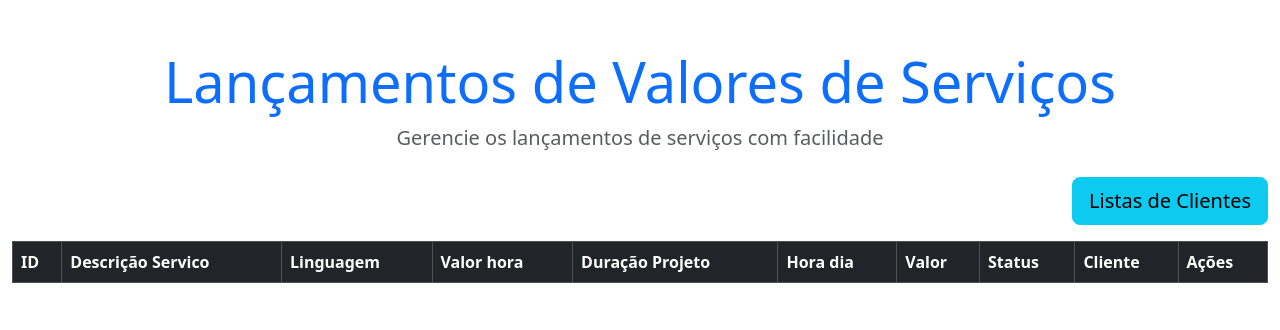
Repository: claudinez/kaspper-projeto-orcamento
Page: http://localhost/servicos/lista
The author's editor kept a copy of each file at every save. The page is drawn from the files as they stood at one save, then again after the next save.
The browser window is 1280 px wide. The pictures show the whole page.
The page is this project's Thymeleaf template; nobody is signed in. The template is opened directly, without the code that normally fills it, so the values that code supplies are empty.

Above is the page before, as saved 2025-01-24 19:29:24.

After the next save:
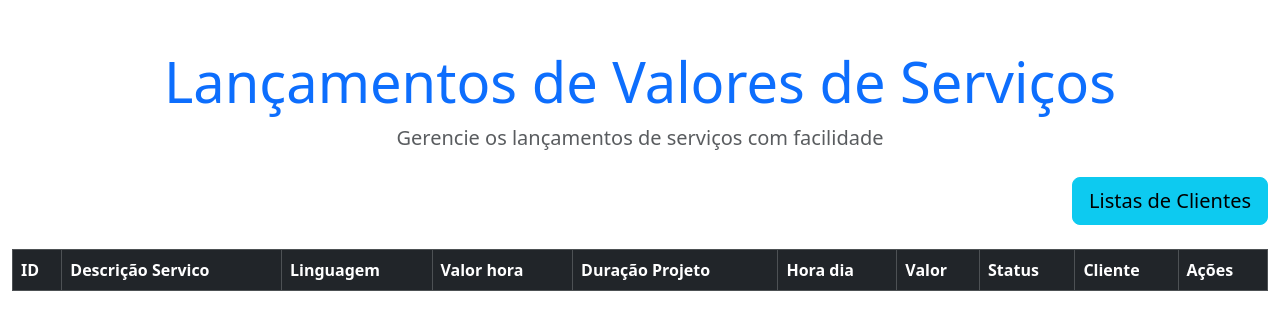
Saved 101 s later.
--- a/projeto_kaspper_back_end-main/sistema_servicos/sistema_servicos/src/main/resources/templates/servicos/lista.html
+++ b/projeto_kaspper_back_end-main/sistema_servicos/sistema_servicos/src/main/resources/templates/servicos/lista.html
@@ -19,9 +19,8 @@
 
         <!-- Botão para ir à lista de clientes -->
 
-	    <div class="mb-3 text-end">
-    		<a th:href="@{/clientes/lista}" class="btn btn-info btn-lg">
-        	<i class="bi bi-person"></i> Listas de Clientes</a>
+	    <div class="mb-4 text-end">
+    		<a th:href="@{/clientes/lista}" class="btn btn-info btn-lg"><i class="bi bi-person"></i> Listas de Clientes</a>
 		</div>
 
       <div class="table-responsive"> <!-- Faz a tabela rolar horizontalmente em telas pequenas -->
